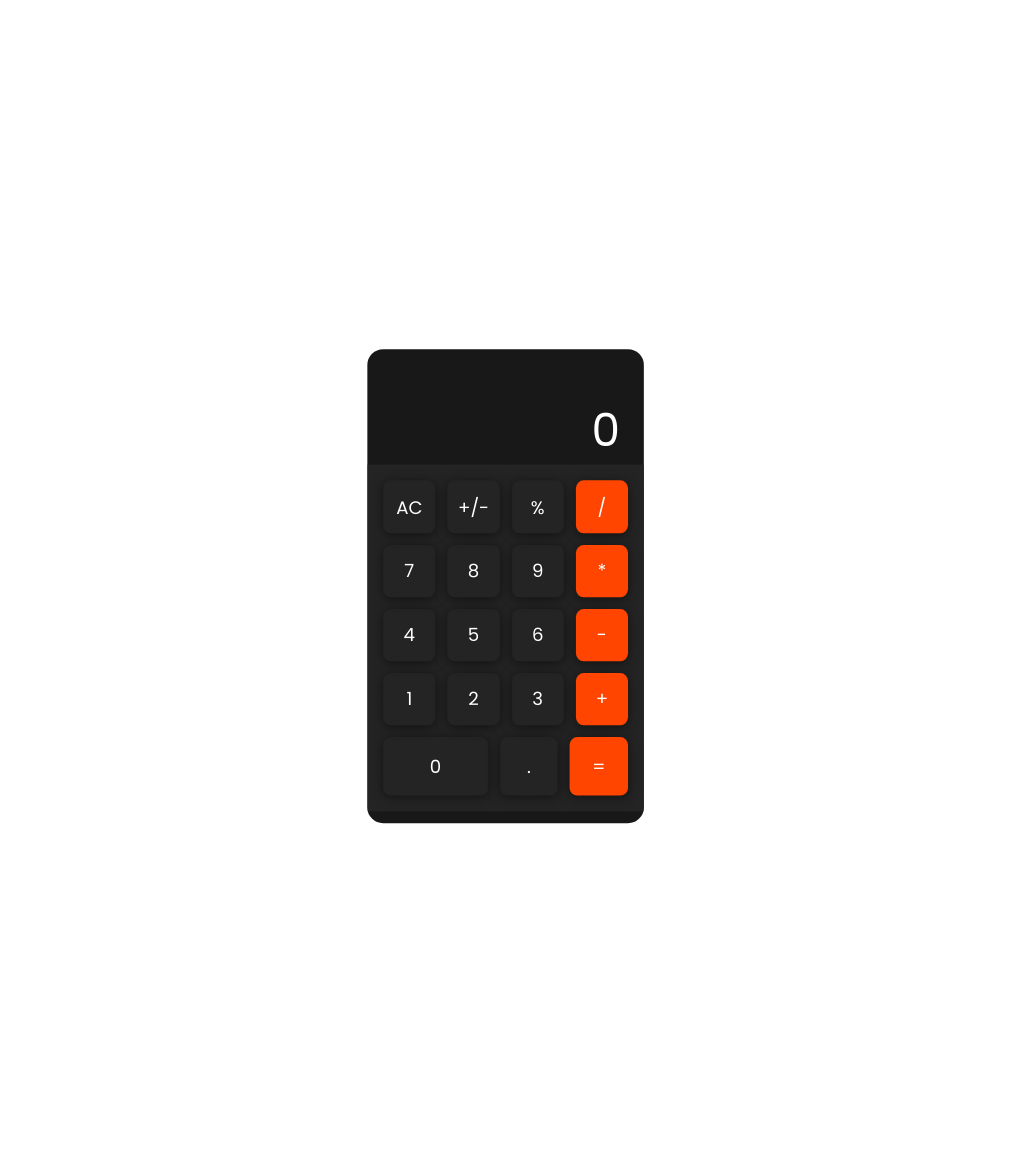
Repository: minhtien9/Calculator
Page: /
These files come from the project's save history. The page is drawn as it stood at one moment and after the next save; the edit follows.
The browser window is 1280 px wide. The pictures show the whole page, at 79% of full size.
The project was rebuilt for these pictures with package versions that can differ from the ones it lists, and the page was loaded fresh each time. Also part of the build but not shown: src/App.css.

Above is the page before, as saved 2022-07-21 18:52:39.

### src/index.js
import React from "react";
import ReactDOM from "react-dom/client";
import App from "./App";

const root = ReactDOM.createRoot(document.getElementById("root"));
root.render(
    <React.StrictMode>
        <App />
    </React.StrictMode>
);

// If you want to start measuring performance in your app, pass a function
// to log results (for example: reportWebVitals(console.log))
// or send to an analytics endpoint. Learn more: https://bit.ly/CRA-vitals

### src/App.js
import "./App.css";
import Caculator from "./Components/Caculator";

function App() {
    return (
        <div className='App'>
            <Caculator />
        </div>
    );
}

export default App;

### src/Components/Caculator.jsx
import React from "react";
import "./Caculator.scss";

const Caculator = () => {
    return (
        <div className='caculator'>
            <section className='monitor'>
                <p className='out-put'>0</p>
            </section>

            <section className='keyboard'>
                <div className='keyboard-row'>
                    <button className='one-block'>AC</button>
                    <button className='one-block'> +/- </button>
                    <button className='one-block'> % </button>
                    <button className='one-block orange'>/</button>
                </div>

                <div className='keyboard-row'>
                    <button className='one-block'>7</button>
                    <button className='one-block'>8</button>
                    <button className='one-block'>9</button>
                    <button className='one-block orange'>*</button>
                </div>

                <div className='keyboard-row'>
                    <button className='one-block'>4</button>
                    <button className='one-block'>5</button>
                    <button className='one-block'>6</button>
                    <button className='one-block orange'>-</button>
                </div>

                <div className='keyboard-row'>
                    <button className='one-block'>1</button>
                    <button className='one-block'>2</button>
                    <button className='one-block'>3</button>
                    <button className='one-block orange'>+</button>
                </div>

                <div className='keyboard-row'>
                    <button className='two-block'>0</button>
                    <button className='one-block'> .</button>
                    <button className='one-block orange'> =</button>
                </div>
            </section>
        </div>
    );
};

export default Caculator;

### src/Components/Caculator.scss
@import url("https://fonts.googleapis.com/css2?family=Poppins:ital,wght@0,100;0,200;0,300;0,400;0,500;0,600;0,700;0,800;0,900;1,100;1,200;1,300;1,400;1,500;1,600;1,700;1,800;1,900&display=swap");

* {
    font-family: "Poppins";
    font-size: 23px;
    color: white;
}

button {
    border: none;
    background: none;
    cursor: pointer;
    border-radius: 10px;
    box-shadow: 0 2px 15px 0 rgba(0, 0, 0, 0.5);
}

.orange {
    background: orangered;
    color: white;
}

.caculator {
    width: 350px;
    height: 600px;
    margin: 35% auto;
    background-color: rgb(24, 24, 24);
    display: flex;
    flex-direction: column;
    border-radius: 20px;
    overflow: hidden;
}

.monitor {
    .out-put {
        margin: 60px 30px 0px;
        font-size: 2.5rem;
        text-align: right;
    }
}

.keyboard {
    display: flex;
    flex-direction: column;
    background: rgb(36, 36, 36);
    gap: 15px;
    padding: 20px;
}

.keyboard-row {
    display: flex;
    gap: 15px;
    .one-block {
        width: 25%;
        aspect-ratio: 1/1;
    }

    .two-block {
        width: calc(50% - 15px);
        aspect-ratio: 2/1;
    }
}

Loaded but not shown: public/index.html (common file)

After the next save:
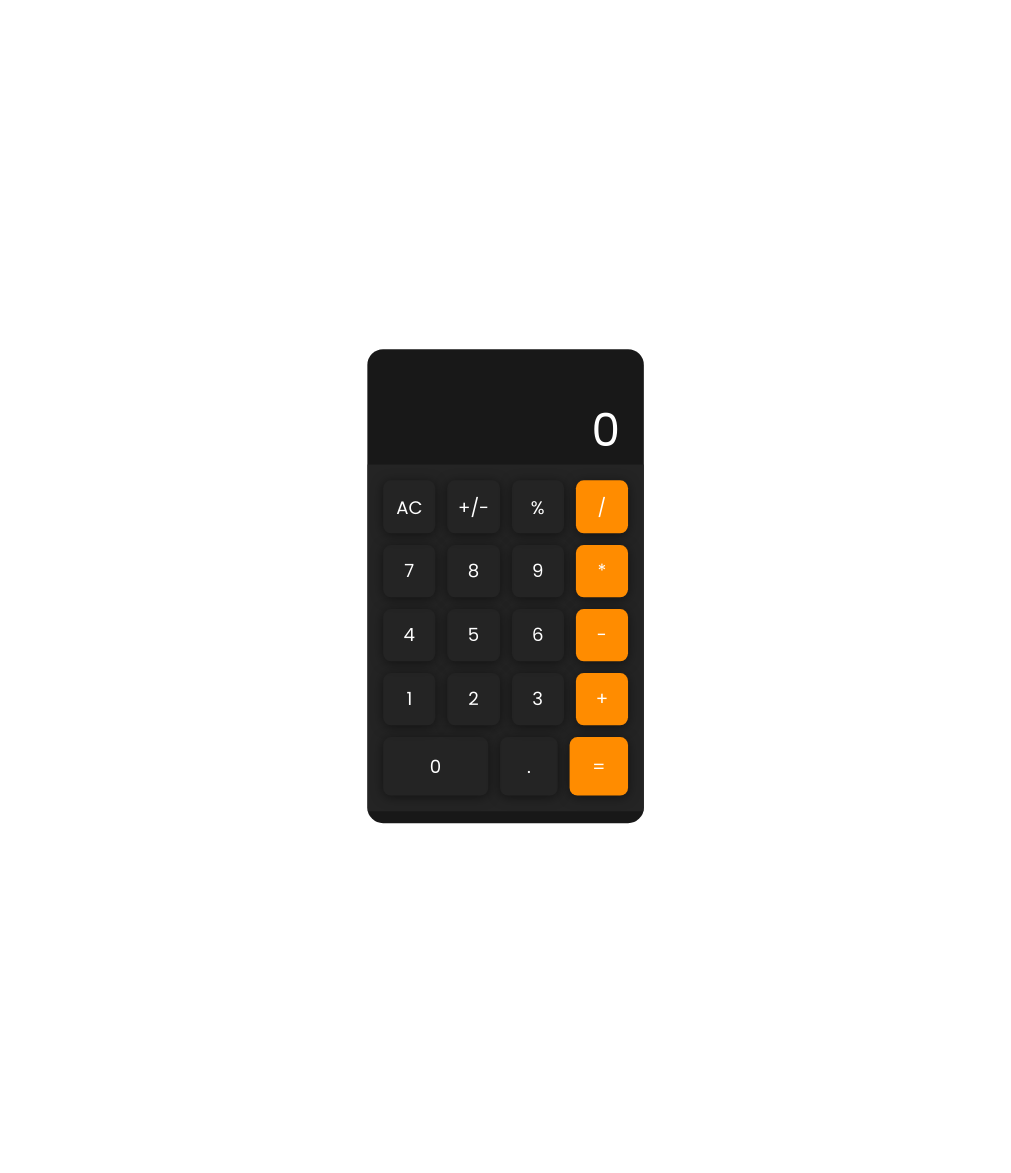
Saved 6 min 52 s later.
--- a/src/Components/Caculator.scss
+++ b/src/Components/Caculator.scss
@@ -15,7 +15,7 @@ button {
 }
 
 .orange {
-    background: orangered;
+    background: darkorange;
     color: white;
 }
 
